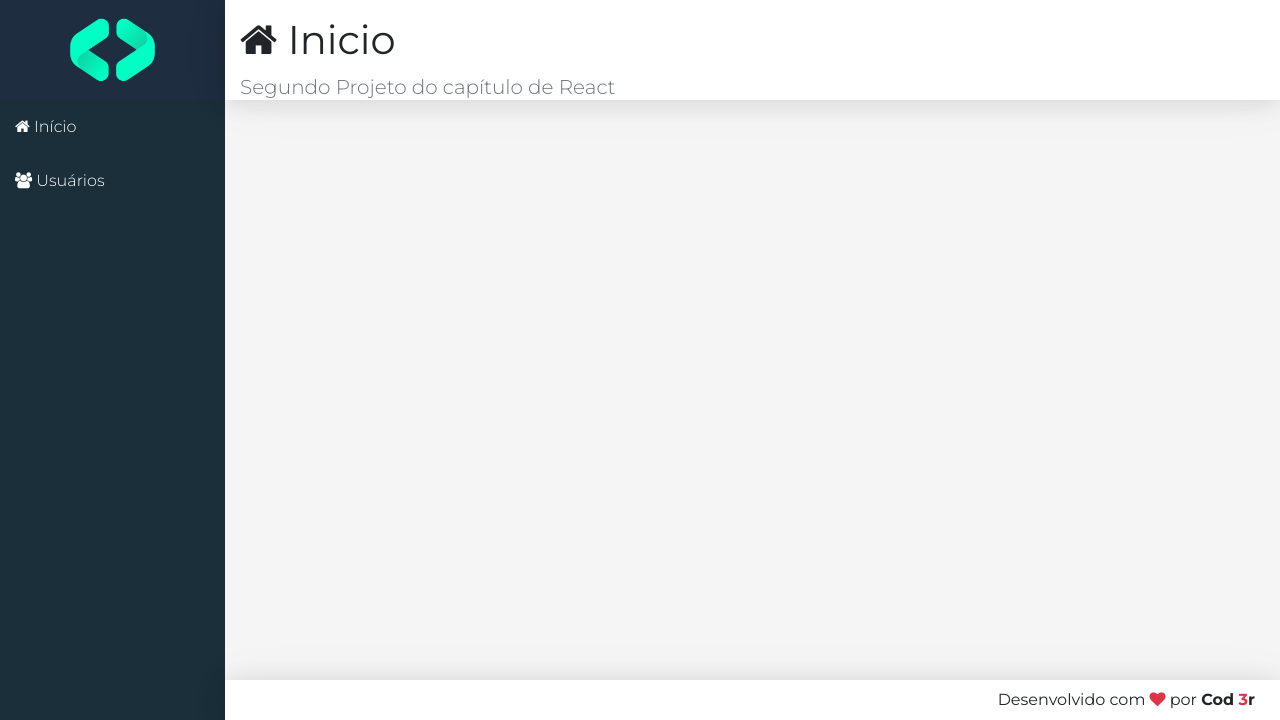
Repository: eversonps/projeto-cadastro-usuarios-firebase
Page: / (app in frontend/)
The author's editor kept a copy of each file at every save. The page is drawn from the files as they stood at one save, then again after the next save.
The browser window is 1280 px wide. The pictures show the whole page.
The project was rebuilt for these pictures with package versions that can differ from the ones it lists, and the page was loaded fresh each time.

Above is the page before, as saved 2022-03-22 13:37:48.

### frontend/public/index.html
<!DOCTYPE html>
<html lang="en">
  <head>
    <meta charset="utf-8" />
    <link rel="icon" href="%PUBLIC_URL%/favicon.ico" />
    <link rel="preconnect" href="https://fonts.googleapis.com">
    <link rel="preconnect" href="https://fonts.gstatic.com" crossorigin>
    <link href="https://fonts.googleapis.com/css2?family=Montserrat:wght@300;400;700&display=swap" rel="stylesheet">
    <meta name="viewport" content="width=device-width, initial-scale=1" />
    <meta name="theme-color" content="#000000" />
    <meta
      name="description"
      content="Web site created using create-react-app"
    />
    <link rel="apple-touch-icon" href="%PUBLIC_URL%/logo192.png" />
    <!--
      manifest.json provides metadata used when your web app is installed on a
      user's mobile device or desktop. See https://developers.google.com/web/fundamentals/web-app-manifest/
    -->
    <link rel="manifest" href="%PUBLIC_URL%/manifest.json" />
    <!--
      Notice the use of %PUBLIC_URL% in the tags above.
      It will be replaced with the URL of the `public` folder during the build.
      Only files inside the `public` folder can be referenced from the HTML.

      Unlike "/favicon.ico" or "favicon.ico", "%PUBLIC_URL%/favicon.ico" will
      work correctly both with client-side routing and a non-root public URL.
      Learn how to configure a non-root public URL by running `npm run build`.
    -->
    <title>React App</title>
  </head>
  <body>
    <noscript>You need to enable JavaScript to run this app.</noscript>
    <div id="root"></div>
    <!--
      This HTML file is a template.
      If you open it directly in the browser, you will see an empty page.

      You can add webfonts, meta tags, or analytics to this file.
      The build step will place the bundled scripts into the <body> tag.

      To begin the development, run `npm start` or `yarn start`.
      To create a production bundle, use `npm run build` or `yarn build`.
    -->
  </body>
</html>

### frontend/src/index.js
import React from 'react';
import ReactDOM from 'react-dom';
import './index.css';
import App from './main/app';
import reportWebVitals from './reportWebVitals';

ReactDOM.render(
  <React.StrictMode>
    <App />
  </React.StrictMode>,
  document.getElementById('root')
);

// If you want to start measuring performance in your app, pass a function
// to log results (for example: reportWebVitals(console.log))
// or send to an analytics endpoint. Learn more: https://bit.ly/CRA-vitals
reportWebVitals();

### frontend/src/main/app.jsx
import "./app.css"
import "bootstrap/dist/css/bootstrap.min.css"
import "font-awesome/css/font-awesome.min.css"

import React from "react"

import Logo from "../components/template/logo"
import Nav from "../components/template/nav"
import Main from "../components/template/main"
import Footer from "../components/template/footer"

export default props => {
    return (
        <div className="app">
        <Logo></Logo>
        <Nav></Nav>
        <Main icon="home" title="Inicio" subtitle="Segundo Projeto do capítulo de React">
            <div className="display-4">

            </div>
        </Main>
        <Footer></Footer>
    </div>
    )
}

### frontend/src/main/app.css
:root{
    --bg-dark: #1A2F3A;
    --logo-height: 100px;
    --header-height: 100px;
    --aside-width: 225px;
    --footer-height: 40px;

    --shadow: 0 2px 23px 0 rgba(0, 0, 0, 0.1), 0 2px 49px 0 rgba(0, 0, 0, 0.06);
}

* {
    box-sizing: border-box;
    font-family: 'Montserrat', sans-serif;
}

.app{
    margin: 0px;
    display: grid;
    grid-template-columns: var(--aside-width) 1fr;
    grid-template-rows: var(--header-height) 1fr var(--footer-height);
    grid-template-areas:
        "logo header"
        "menu content"
        "menu footer";
    height: 100vh;
    background-color: #F5F5F5;
}

aside.logo{
    grid-area: logo;
}

header.header{
    grid-area: header;
}

aside.menu-area{
    grid-area: menu;
}

main.content{
    grid-area: content;
}

footer.footer{
    grid-area: footer;
}

### frontend/src/components/template/logo.jsx
import React from "react"
import "./logo.css"
import logo from "../../assets/images/logo.png"

export default props => (
    <aside className="logo">
        <a href="/" className="logo">
            <img src={logo} alt="logo" />
        </a>
    </aside>
)

### frontend/src/components/template/nav.jsx
import React from "react"
import "./nav.css"

export default props => {
    return (
        <aside className="menu-area">
            <nav className="menu">
                <a href="#/">
                    <i className="fa fa-home"></i> Início
                </a>
                <a href="#/users">
                    <i className="fa fa-users"></i> Usuários
                </a>
            </nav>
        </aside>
    )
}

### frontend/src/components/template/main.jsx
import React from "react"
import Header from "./header"

export default props => (
    <>
        <Header {...props}></Header>
        <main className="content container-fluid">
            <div className="p-3 mt-3">
                {props.children}
            </div>
        </main>
    </>
)

### frontend/src/components/template/footer.jsx
import React from "react";
import "./footer.css"

export default props => (
    <footer className="footer">
        <span>
            Desenvolvido com <i className="fa fa-heart text-danger"></i> por <strong>Cod <span className="text-danger">3</span>r</strong>
        </span>
    </footer>
)

### frontend/src/components/template/logo.css
aside.logo{
    background-color: var(--bg-dark);
    display: flex;
    justify-content: center;
    align-items: center;
}

aside.logo img {
    width: 100%;
}

### frontend/src/components/template/nav.css
aside.menu-area{
    background-color: var(--bg-dark);
    box-shadow: 2px 0 10px 0 rgba(0,0,0,0.12), rgba(0,0,0,0.09);
}

.menu a{
    display: block;
    text-decoration: none;
    color: #FFF;
    font-weight: 300;
    padding: 15px;
}

.menu a:hover {
    background: linear-gradient(135deg, #07A7E3 0%, #32DAC3 100%);
}

### frontend/src/components/template/header.jsx
import React from "react";
import "./header.css"

export default props => (
    <header className="header d-none d-sm-flex flex-column">
        <h1 className="mt-3">
            <i className={`fa fa-${props.icon}`}></i> {props.title}
        </h1>
        <p className="lead text-muted">{props.subtitle}</p>
    </header>
)

### frontend/src/components/template/footer.css
footer.footer{
    display: flex;
    align-items: center;
    justify-content: flex-end;
    padding: 0 25px;
    background-color: #FFF;
    box-shadow: var(--shadow);
}

### frontend/src/components/template/header.css
header.header{
    background-color: #FFF;
    padding: 0px 15px;
    overflow: hidden;
    white-space: nowrap;
    box-shadow: var(--shadow);
}

header.header{
    font-size: 1.8em;
}

Loaded but not shown: frontend/src/index.css (common file); frontend/src/reportWebVitals.js (common file)

After the next save:
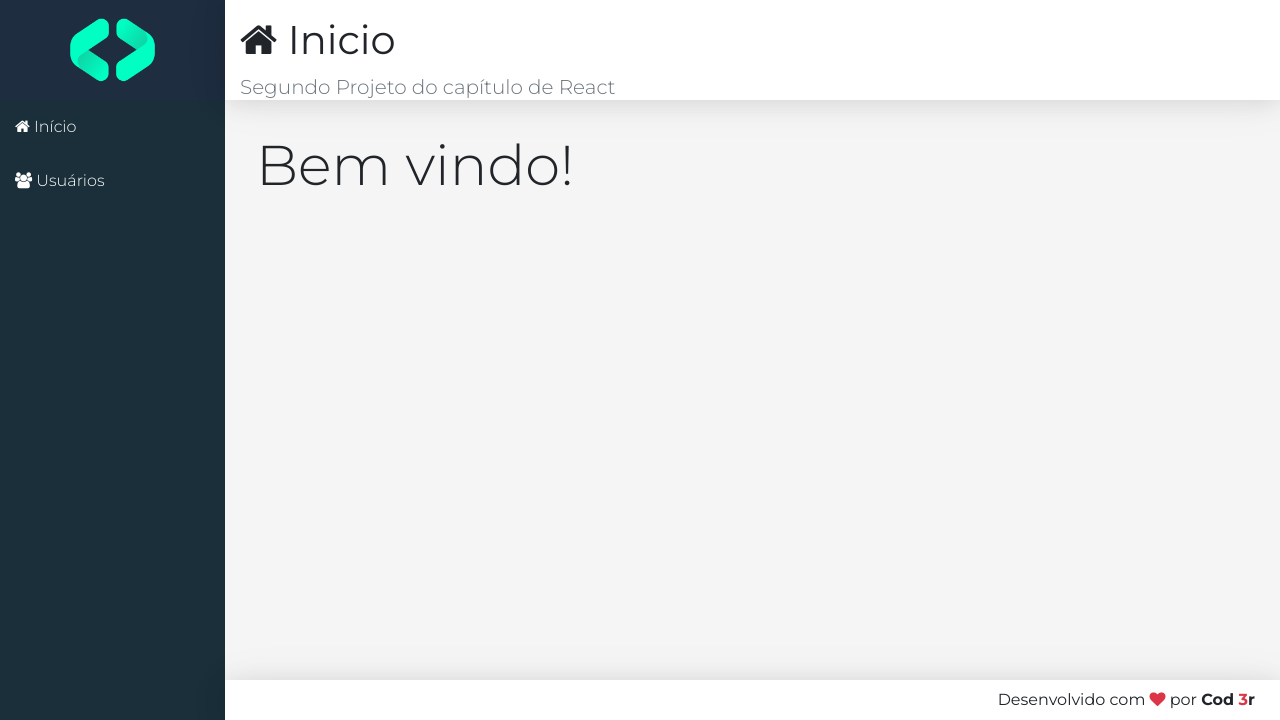
Saved 12 s later.
--- a/frontend/src/main/app.jsx
+++ b/frontend/src/main/app.jsx
@@ -16,7 +16,7 @@ export default props => {
         <Nav></Nav>
         <Main icon="home" title="Inicio" subtitle="Segundo Projeto do capítulo de React">
             <div className="display-4">
-
+                Bem vindo!
             </div>
         </Main>
         <Footer></Footer>
